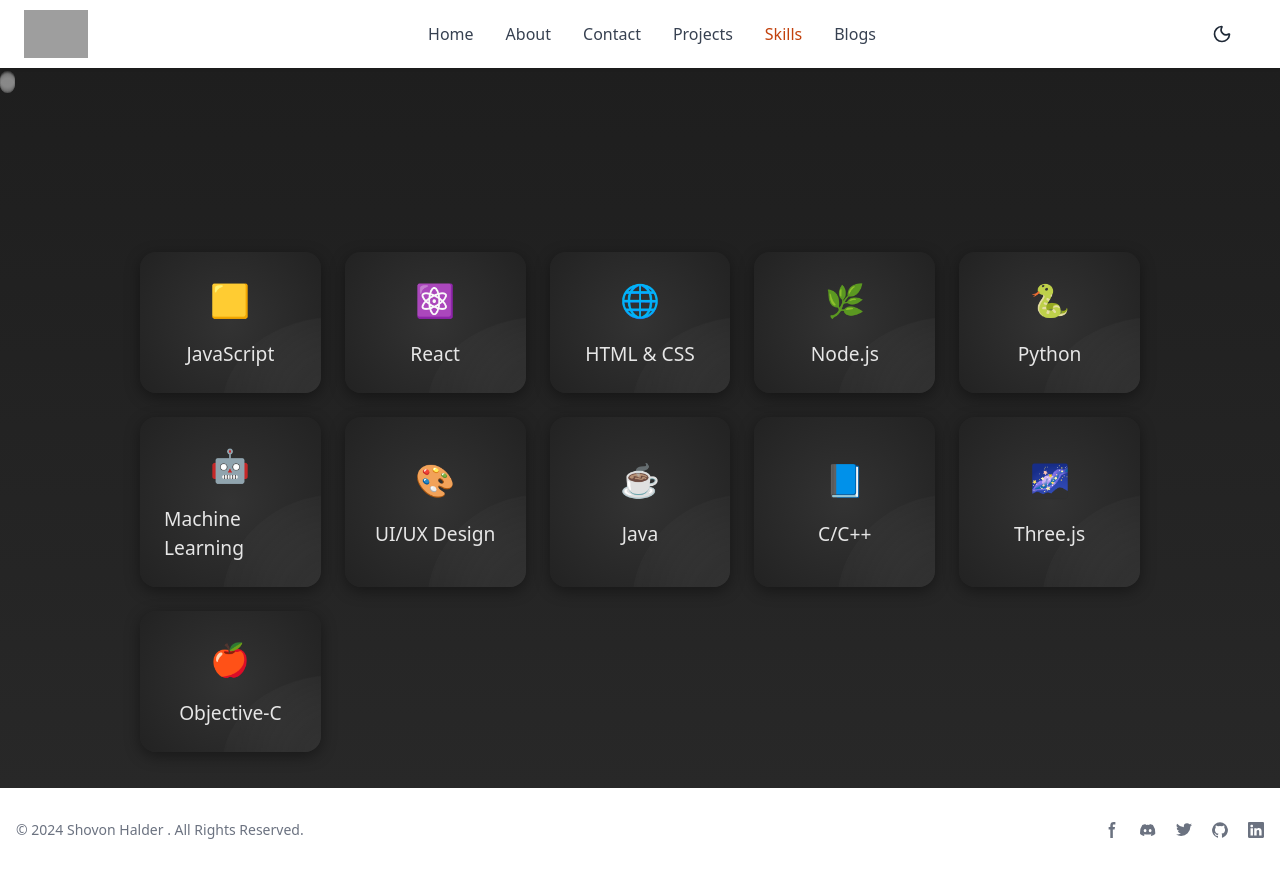
Repository: Shovon0004/Portfolio
Page: /Skill
The author's editor kept a copy of each file at every save. The page is drawn from the files as they stood at one save, then again after the next save.
The browser window is 1280 px wide. The pictures show the whole page.
Pictures or frames that could not be fetched are drawn as grey boxes. The project was rebuilt for these pictures with package versions that can differ from the ones it lists, and the page was loaded fresh each time. Also part of the build but not shown: vite.config.js, src/components/Home.jsx, src/components/About.jsx, src/components/Projects.jsx, src/components/Contact.jsx, src/components/Blogs.jsx.

Above is the page before, as saved 2024-12-23 12:55:12.

### src/main.jsx
import { StrictMode } from 'react'
import { createRoot } from 'react-dom/client'
import './index.css'
import { Route,createBrowserRouter, createRoutesFromElements, RouterProvider } from 'react-router'
import Layout from './Layout.jsx'
import Home from './components/Home.jsx'
import About from './components/About.jsx'
import Projects from './components/Projects.jsx'
import Contact from './components/Contact.jsx'
import Skill from './components/Skill.jsx'
import Blogs from './components/Blogs.jsx'





// const router = createBrowserRouter([
//   {
//     path: '/',
//     element: <Layout />,
//     children: [
//       {
//         path: "",
//         element: <Home />
//       }, {
//         path: "about",
//         element: <About />
//       }, {
//         path: "Projects",
//         element: <Projects />
//       }, {
//         path: "Contact",
//         element:<Contact/>

//       }
//     ]
//   }
// ])
const router = createBrowserRouter(
  createRoutesFromElements(
    <Route path='/' element={<Layout />}>
      <Route path="" element={<Home />} />
      <Route path="about" element={<About />} />
      <Route path="Projects" element={<Projects />} />
      <Route path="Contact" element={<Contact />} />
      <Route path="Skill" element={<Skill />} />
      <Route path="Blogs" element={<Blogs/>}/>
    </Route>
  )
)

createRoot(document.getElementById('root')).render(
  <StrictMode>




      <RouterProvider router={router} />

  </StrictMode>,
)

### src/Layout.jsx
import React from 'react'
import Header from './components/Header'
import Footer from './components/Footer'
import { Outlet } from 'react-router-dom'

function Layout() {
  return (
    <>
    <Header/>
    <main className="flex-grow text-gray-900 dark:text-white dark:bg-gray-900">
                <Outlet />
            </main>
    <Footer />
    </>
  )
}

export default Layout

### src/components/Skill.jsx
import React from "react";
import { motion, useScroll, useTransform } from "framer-motion";
import "./Skill.css";

const skills = [
  { name: "JavaScript", icon: "🟨" },
  { name: "React", icon: "⚛️" },
  { name: "HTML & CSS", icon: "🌐" },
  { name: "Node.js", icon: "🌿" },
  { name: "Python", icon: "🐍" },
  { name: "Machine Learning", icon: "🤖" },
  { name: "UI/UX Design", icon: "🎨" },
  { name: "Java", icon: "☕" },
  { name: "C/C++", icon: "📘" },
  { name: "Three.js", icon: "🌌" },
  { name: "Objective-C", icon: "🍎" },
];

const Skill = () => {
  const { scrollYProgress } = useScroll();
  const x = useTransform(scrollYProgress, [0, 1], [0, -100]);
  const opacity = useTransform(scrollYProgress, [0, 0.5, 1], [1, 0.8, 0]);

  return (
    <div className="skill-container dark:bg-900">
      <motion.div
        className="parallax-header"
        style={{ x, opacity }}
        initial={{ y: -50, opacity: 0 }}
        animate={{ y: 0, opacity: 1 }}
        transition={{ duration: 1 }}
      >
        <h1 className="skill-title">My Skills</h1>
        <p className="skill-subtitle">Crafted with passion and precision</p>
      </motion.div>

      <motion.div
        className="skills-grid"
        initial="hidden"
        animate="visible"
        variants={{
          hidden: { opacity: 0, scale: 0.8 },
          visible: { opacity: 1, scale: 1, transition: { staggerChildren: 0.3 } },
        }}
      >
        {skills.map((skill, index) => (
          <motion.div
            key={index}
            className="skill-card"
            variants={{
              hidden: { opacity: 0, y: 50 },
              visible: { opacity: 1, y: 0 },
            }}
            whileHover={{
              scale: 1.2,
              rotate: [0, 5, -5, 0],
              boxShadow: "0 8px 20px rgba(255, 255, 255, 0.3)",
              transition: { duration: 0.5 },
            }}
          >
            <div className="skill-icon">{skill.icon}</div>
            <h3>{skill.name}</h3>
            <motion.div
              className="glow-effect"
              animate={{ opacity: [0.2, 0.8, 0.2], scale: [1, 1.2, 1] }}
              transition={{ duration: 1.5, repeat: Infinity }}
            />
          </motion.div>
        ))}
      </motion.div>

      <motion.div
        className="interactive-background"
        initial={{ opacity: 0 }}
        animate={{ opacity: 0.5 }}
        transition={{ duration: 1 }}
      >
        {[...Array(50)].map((_, i) => (
          <motion.div
            key={i}
            className="floating-bubble"
            initial={{ y: 0, opacity: 0.6 }}
            animate={{ y: [10, -10, 10], opacity: [0.3, 0.7, 0.3] }}
            transition={{
              duration: 5,
              repeat: Infinity,
              delay: Math.random() * 2,
            }}
          />
        ))}
      </motion.div>
    </div>
  );
};

export default Skill;

### src/components/Header.jsx
import React from 'react'
import { Link, NavLink } from 'react-router-dom'
import  { useState,useEffect } from 'react'
import { Moon, Sun } from 'lucide-react';

export default function Header() {
    const [darkMode, setDarkMode] = useState(() => {
        const savedTheme = localStorage.getItem('theme');
        return savedTheme === 'dark';
    });

    useEffect(() => {
        if (darkMode) {
            document.documentElement.classList.add('dark');
            localStorage.setItem('theme', 'dark');
        } else {
            document.documentElement.classList.remove('dark');
            localStorage.setItem('theme', 'light');
        }
    }, [darkMode]);
    return (
        <header className="shadow sticky z-50 top-0 dark:bg-grey-900">
            <nav className="bg-white border-gray-800 px-4 lg:px-6 py-2.5 dark:bg-gray-900">
                <div className="flex flex-wrap justify-between items-center mx-auto max-w-screen-xl">
                    <Link to="/" className="flex items-center ">
                        <img
                            src="https://media.tenor.com/kQ5Gj88WGuwAAAAj/taking-notes-kedet.gif"
                            className="mr-3 h-12"
                            alt="Logo"
                        />
                    </Link>
                    <div className="flex items-center lg:order-2">
                        <button
                            onClick={() => setDarkMode(!darkMode)}
                            className="p-2 mr-4 rounded-lg hover:bg-gray-100 dark:hover:bg-gray-700 focus:outline-none focus:ring-2 focus:ring-gray-200 dark:focus:ring-gray-700"
                            aria-label="Toggle dark mode"
                        >
                            {darkMode ? (
                                <Sun className="w-5 h-5 text-gray-800 dark:text-gray-200" />
                            ) : (
                                <Moon className="w-5 h-5 text-gray-800 dark:text-gray-200" />
                            )}
                        </button>




                    </div>
                    <div
                        className="hidden justify-between items-center w-full lg:flex lg:w-auto lg:order-1"
                        id="mobile-menu-2"
                    >
                        <ul className="flex flex-col mt-4 font-medium lg:flex-row lg:space-x-8 lg:mt-0">
                            <li>
                                <NavLink
  to="/"
  className={({ isActive }) =>
    `block py-2 pr-4 pl-3 duration-200 ${
      isActive ? "text-orange-700" : "text-gray-700"
    } border-b border-gray-100 hover:bg-gray-50 lg:hover:bg-transparent lg:border-0 hover:text-orange-700 lg:p-0`
  }
  title="Go to Home"
>
  Home
</NavLink>

                            </li>
                            <li>
                                <NavLink
                                to="/about"
                                    className={({isActive}) =>
                                        `block py-2 pr-4 pl-3 duration-200 ${isActive ? "text-orange-700" : "text-gray-700"} border-b border-gray-100 hover:bg-gray-50 lg:hover:bg-transparent lg:border-0 hover:text-orange-700 lg:p-0`
                                    }
                                >
                                    About
                                </NavLink>
                            </li>
                            <li>
                                <NavLink
                                to="/contact"
                                    className={({isActive}) =>
                                        `block py-2 pr-4 pl-3 duration-200 ${isActive ? "text-orange-700" : "text-gray-700"} border-b border-gray-100 hover:bg-gray-50 lg:hover:bg-transparent lg:border-0 hover:text-orange-700 lg:p-0`
                                    }
                                >
                                    Contact
                                </NavLink>
                            </li>
                            <li>
                                <NavLink
                                to="/Projects"
                                    className={({isActive}) =>
                                        `block py-2 pr-4 pl-3 duration-200 ${isActive ? "text-orange-700" : "text-gray-700"} border-b border-gray-100 hover:bg-gray-50 lg:hover:bg-transparent lg:border-0 hover:text-orange-700 lg:p-0`
                                    }
                                >
                                    Projects
                                </NavLink>
                            </li>
                            <li>
                                <NavLink
                                to="/Skill"
                                    className={({isActive}) =>
                                        `block py-2 pr-4 pl-3 duration-200 ${isActive ? "text-orange-700" : "text-gray-700"} border-b border-gray-100 hover:bg-gray-50 lg:hover:bg-transparent lg:border-0 hover:text-orange-700 lg:p-0`
                                    }
                                >
                                    Skills
                                </NavLink>
                            </li>
                            <li>
                                <NavLink
                                to="/Blogs"
                                    className={({isActive}) =>
                                        `block py-2 pr-4 pl-3 duration-200 rounded border-red-500 ${isActive ? "text-orange-700" : "text-gray-700"} border-b border-gray-100 hover:bg-gray-50 lg:hover:bg-transparent lg:border-0 hover:text-orange-700 lg:p-0`
                                    }
                                >
                                    Blogs
                                </NavLink>
                            </li>

                        </ul>
                    </div>
                </div>
            </nav>
        </header>
    );
}

### src/components/Footer.jsx
import React from 'react'
import { Link } from 'react-router-dom';


export default function Footer() {
    return (
        <footer className="dark:bg-gray-900">
            <div className="mx-auto w-full max-w-screen-xl p-4 py-6 lg:py-8">
                <div className="sm:flex sm:items-center sm:justify-between">
                    <span className="text-sm text-gray-500 sm:text-center">
                        © 2024 Shovon Halder
                        . All Rights Reserved.
                    </span>
                    <div className="flex mt-4 space-x-5 sm:justify-center sm:mt-0">
                        <Link to="https://www.facebook.com/profile.php?id=100080779660559" className="text-gray-500 hover:text-gray-900">
                            <svg
                                className="w-4 h-4"
                                aria-hidden="true"
                                xmlns="http://www.w3.org/2000/svg"
                                fill="currentColor"
                                viewBox="0 0 8 19"
                            >
                                <path
                                    fillRule="evenodd"
                                    d="M6.135 3H8V0H6.135a4.147 4.147 0 0 0-4.142 4.142V6H0v3h2v9.938h3V9h2.021l.592-3H5V3.591A.6.6 0 0 1 5.592 3h.543Z"
                                    clipRule="evenodd"
                                />
                            </svg>
                            <span className="sr-only">Facebook page</span>
                        </Link>
                        <Link to="#" className="text-gray-500">
                            <svg
                                className="w-4 h-4"
                                aria-hidden="true"
                                xmlns="http://www.w3.org/2000/svg"
                                fill="currentColor"
                                viewBox="0 0 21 16"
                            >
                                <path d="M16.942 1.556a16.3 16.3 0 0 0-4.126-1.3 12.04 12.04 0 0 0-.529 1.1 15.175 15.175 0 0 0-4.573 0 11.585 11.585 0 0 0-.535-1.1 16.274 16.274 0 0 0-4.129 1.3A17.392 17.392 0 0 0 .182 13.218a15.785 15.785 0 0 0 4.963 2.521c.41-.564.773-1.16 1.084-1.785a10.63 10.63 0 0 1-1.706-.83c.143-.106.283-.217.418-.33a11.664 11.664 0 0 0 10.118 0c.137.113.277.224.418.33-.544.328-1.116.606-1.71.832a12.52 12.52 0 0 0 1.084 1.785 16.46 16.46 0 0 0 5.064-2.595 17.286 17.286 0 0 0-2.973-11.59ZM6.678 10.813a1.941 1.941 0 0 1-1.8-2.045 1.93 1.93 0 0 1 1.8-2.047 1.919 1.919 0 0 1 1.8 2.047 1.93 1.93 0 0 1-1.8 2.045Zm6.644 0a1.94 1.94 0 0 1-1.8-2.045 1.93 1.93 0 0 1 1.8-2.047 1.918 1.918 0 0 1 1.8 2.047 1.93 1.93 0 0 1-1.8 2.045Z" />
                            </svg>
                            <span className="sr-only">Discord community</span>
                        </Link>
                        <Link to="https://x.com/SHalder0004" className="text-gray-500">
                            <svg
                                className="w-4 h-4"
                                aria-hidden="true"
                                xmlns="http://www.w3.org/2000/svg"
                                fill="currentColor"
                                viewBox="0 0 20 17"
                            >
                                <path
                                    fillRule="evenodd"
                                    d="M20 1.892a8.178 8.178 0 0 1-2.355.635 4.074 4.074 0 0 0 1.8-2.235 8.344 8.344 0 0 1-2.605.98A4.13 4.13 0 0 0 13.85 0a4.068 4.068 0 0 0-4.1 4.038 4 4 0 0 0 .105.919A11.705 11.705 0 0 1 1.4.734a4.006 4.006 0 0 0 1.268 5.392 4.165 4.165 0 0 1-1.859-.5v.05A4.057 4.057 0 0 0 4.1 9.635a4.19 4.19 0 0 1-1.856.07 4.108 4.108 0 0 0 3.831 2.807A8.36 8.36 0 0 1 0 14.184 11.732 11.732 0 0 0 6.291 16 11.502 11.502 0 0 0 17.964 4.5c0-.177 0-.35-.012-.523A8.143 8.143 0 0 0 20 1.892Z"
                                    clipRule="evenodd"
                                />
                            </svg>
                            <span className="sr-only">Twitter page</span>
                        </Link>
                        <Link to="https://github.com/Shovon0004" className="text-gray-500">
                            <svg
                                className="w-4 h-4"
                                aria-hidden="true"
                                xmlns="http://www.w3.org/2000/svg"
                                fill="currentColor"
                                viewBox="0 0 20 20"
                            >
                                <path
                                    fillRule="evenodd"
                                    d="M10 .333A9.911 9.911 0 0 0 6.866 19.65c.5.092.678-.215.678-.477 0-.237-.01-1.017-.014-1.845-2.757.6-3.338-1.169-3.338-1.169a2.627 2.627 0 0 0-1.1-1.451c-.9-.615.07-.6.07-.6a2.084 2.084 0 0 1 1.518 1.021 2.11 2.11 0 0 0 2.884.823c.044-.503.268-.973.63-1.325-2.2-.25-4.516-1.1-4.516-4.9A3.832 3.832 0 0 1 4.7 7.068a3.56 3.56 0 0 1 .095-2.623s.832-.266 2.726 1.016a9.409 9.409 0 0 1 4.962 0c1.89-1.282 2.717-1.016 2.717-1.016.366.83.402 1.768.1 2.623a3.827 3.827 0 0 1 1.02 2.659c0 3.807-2.319 4.644-4.525 4.889a2.366 2.366 0 0 1 .673 1.834c0 1.326-.012 2.394-.012 2.72 0 .263.18.572.681.475A9.911 9.911 0 0 0 10 .333Z"
                                    clipRule="evenodd"
                                />
                            </svg>
                            <span className="sr-only">GitHub account</span>
                        </Link>
                        <Link to="https://www.linkedin.com/in/shovon-halder-5ab775266/" className="text-gray-500">
                            <svg xmlns="http://www.w3.org/2000/svg" width="16" height="16" fill="currentColor" class="bi bi-linkedin" viewBox="0 0 16 16">
  <path d="M0 1.146C0 .513.526 0 1.175 0h13.65C15.474 0 16 .513 16 1.146v13.708c0 .633-.526 1.146-1.175 1.146H1.175C.526 16 0 15.487 0 14.854zm4.943 12.248V6.169H2.542v7.225zm-1.2-8.212c.837 0 1.358-.554 1.358-1.248-.015-.709-.52-1.248-1.342-1.248S2.4 3.226 2.4 3.934c0 .694.521 1.248 1.327 1.248zm4.908 8.212V9.359c0-.216.016-.432.08-.586.173-.431.568-.878 1.232-.878.869 0 1.216.662 1.216 1.634v3.865h2.401V9.25c0-2.22-1.184-3.252-2.764-3.252-1.274 0-1.845.7-2.165 1.193v.025h-.016l.016-.025V6.169h-2.4c.03.678 0 7.225 0 7.225z"/>
</svg>
                            <span className="sr-only">LinkedIn</span>
                        </Link>
                    </div>
                </div>
            </div>
        </footer>
    );
}

### src/components/Skill.css
.skill-container {
  height: 100vh;
  display: flex;
  flex-direction: column;
  align-items: center;
  justify-content: center;
  padding: 2rem;
  background: linear-gradient(to bottom, #1e1e1e, #282828);
  color: #fff;
  overflow: hidden;
  position: relative;
}

.dark:bg-900 {
  background-color: #121212;
}

.parallax-header {
  text-align: center;
  margin-bottom: 2rem;
}

.skill-title {
  font-size: 3rem;
  font-weight: bold;
  color: #e6e6e6;
}

.skill-subtitle {
  font-size: 1.5rem;
  color: #aaa;
  margin-top: 0.5rem;
}

.skills-grid {
  display: grid;
  grid-template-columns: repeat(auto-fit, minmax(150px, 1fr));
  gap: 1.5rem;
  width: 100%;
  max-width: 1000px;
}

.skill-card {
  display: flex;
  flex-direction: column;
  align-items: center;
  justify-content: center;
  padding: 1.5rem;
  background: radial-gradient(circle, #333, #222);
  border-radius: 1rem;
  box-shadow: 0 4px 15px rgba(0, 0, 0, 0.4);
  position: relative;
  overflow: hidden;
  cursor: pointer;
}

.skill-card h3 {
  margin-top: 1rem;
  font-size: 1.2rem;
  color: #e6e6e6;
}

.skill-icon {
  font-size: 2rem;
  z-index: 2;
}

.glow-effect {
  position: absolute;
  top: 50%;
  left: 50%;
  width: 120%;
  height: 120%;
  background: radial-gradient(circle, rgba(255, 255, 255, 0.2), transparent);
  transform: translate(-50%, -50%);
  border-radius: 50%;
  z-index: 1;
}

.interactive-background {
  position: absolute;
  top: 0;
  left: 0;
  width: 100%;
  height: 100%;
  pointer-events: none;
  z-index: 0;
}

.floating-bubble {
  position: absolute;
  width: 15px;
  height: 15px;
  background: rgba(255, 255, 255, 0.2);
  border-radius: 50%;
  top: calc(100% * var(--y));
  left: calc(100% * var(--x));
  animation: floating 10s infinite ease-in-out;
}

Loaded but not shown: index.html (common file); src/index.css (common file); tailwind.config.js (common file)

After the next save:
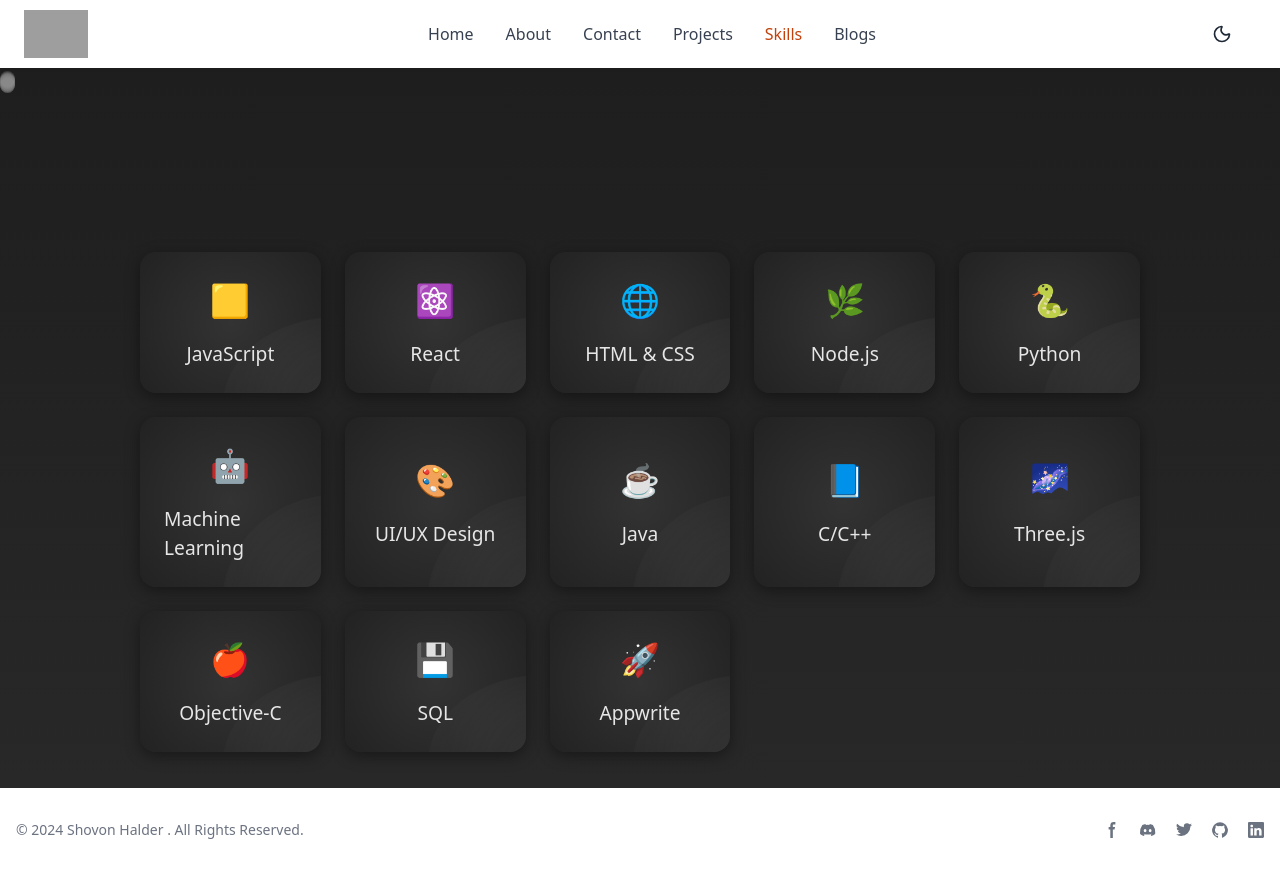
Saved 86 s later.
--- a/src/components/Skill.jsx
+++ b/src/components/Skill.jsx
@@ -14,6 +14,8 @@
   { name: "C/C++", icon: "📘" },
   { name: "Three.js", icon: "🌌" },
   { name: "Objective-C", icon: "🍎" },
+  { name: "SQL", icon: "💾" },
+  { name: "Appwrite", icon: "🚀" },
 ];
 
 const Skill = () => {
